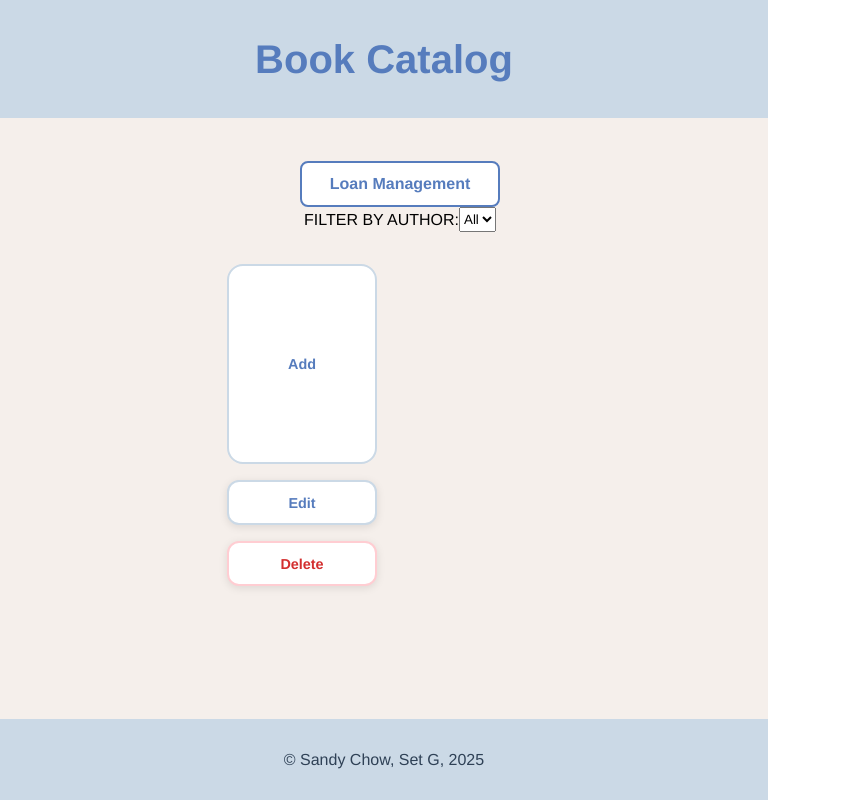
Repository: Bcit-sandy/COMP3170_Lab7
Page: /
An editor plug-in stored every save of this project. The page is shown before and after the next save, followed by the edit.
The browser window is 768 px wide. The page is 800 px wide, then 864 px, so the pictures cover 864 px, including what lies to the right of the window. The pictures show the whole page.
The project was rebuilt for these pictures with package versions that can differ from the ones it lists, and the page was loaded fresh each time. Also part of the build but not shown: vite.config.js, src/components/Info.jsx, src/components/Book.jsx, src/components/LoanManagement.css, src/components/LoanManagement.jsx.

Above is the page before, as saved 2025-11-02 15:38:57.

After the next save:
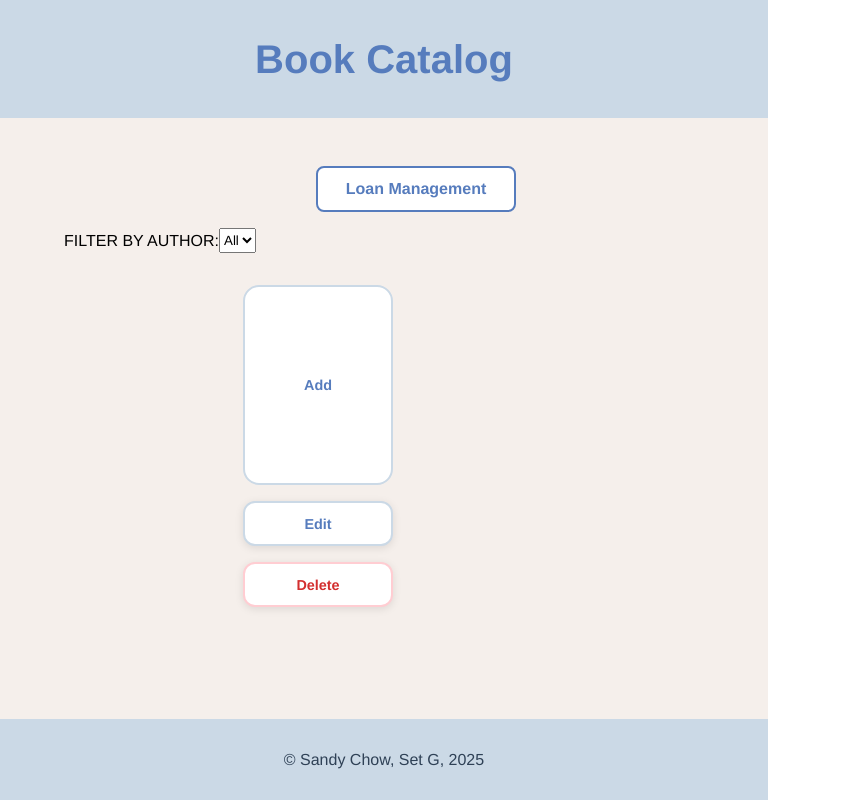
Saved 16 s later.
--- a/src/index.css
+++ b/src/index.css
@@ -30,6 +30,17 @@ body {
   color: var(--blue-color);
 }
 
+.header-controls {
+  display: flex;
+  flex-direction: row;
+  justify-content: space-between;
+  align-items: center;
+  width: 100%;
+  max-width: 1200px;
+  padding: 0 2rem;
+  margin-top: 1rem;
+}
+
 .app-main {
   background: var(--beige-color);
   width: 100%;
@@ -197,6 +208,16 @@ body {
 
 /* Responsive design --- smaller screens */
 @media (max-width: 768px) {
+  .header-controls {
+    flex-direction: column;
+    gap: 1rem;
+    align-items: stretch;
+  }
+
+  .filter-container {
+    justify-content: center;
+  }
+
   .app-main-content {
     width: 80%;
   }
